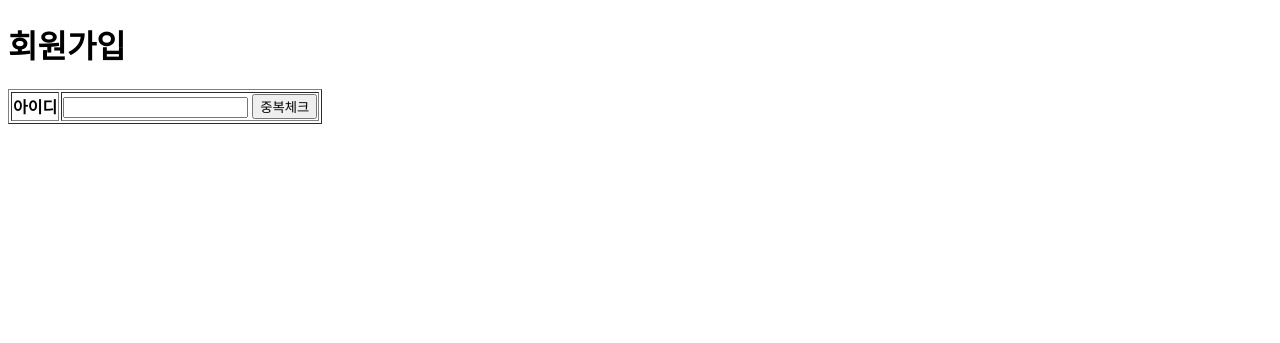
Repository: dhdhdht/Semi-login
Page: http://localhost/Semi_login/regist.jsp
An editor plug-in stored every save of this project. The page is shown before and after the next save, followed by the edit.
The browser window is 1280 px wide. The pictures show the whole page.
The page is served by Tomcat 9.

Above is the page before, as saved 2021-03-27 06:50:54.

After the next save:
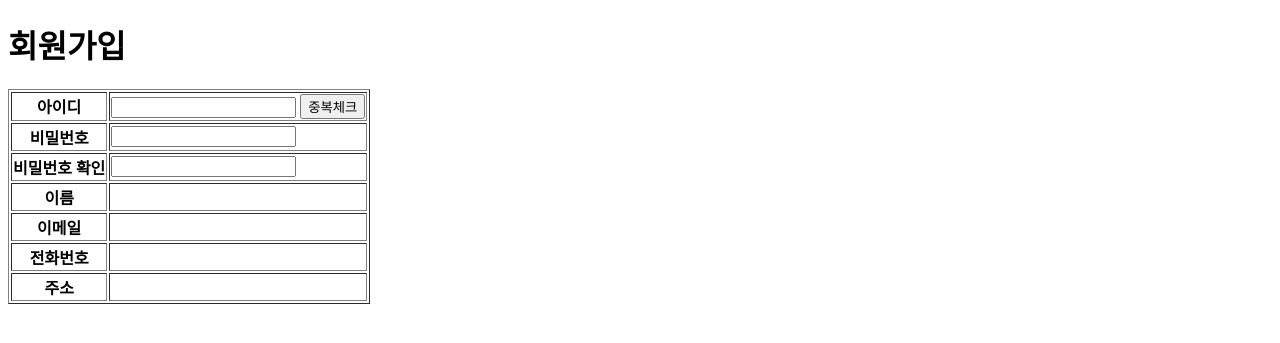
Saved 53 min 35 s later.
--- a/Semi_login/WebContent/regist.jsp
+++ b/Semi_login/WebContent/regist.jsp
@@ -21,6 +21,34 @@
 					<input type="button" value="중복체크" onclick="idChk();"/>
 				</td>
 			</tr>
+			<tr>
+				<th>비밀번호</th>
+				<td>
+					<input type="password" name="member_pw" required="required" onclick="idChkProc();" />
+				</td>
+			</tr>
+			<tr>
+				<th>비밀번호 확인</th>
+				<td>
+					<input type="password" name="" />
+				</td>
+			</tr>
+			<tr>
+				<th>이름</th>
+				<td></td>
+			</tr>
+			<tr>
+				<th>이메일</th>
+				<td></td>
+			</tr>
+			<tr>
+				<th>전화번호</th>
+				<td></td>
+			</tr>
+			<tr>
+				<th>주소</th>
+				<td></td>
+			</tr>
 		</table>
 	</form>
 
